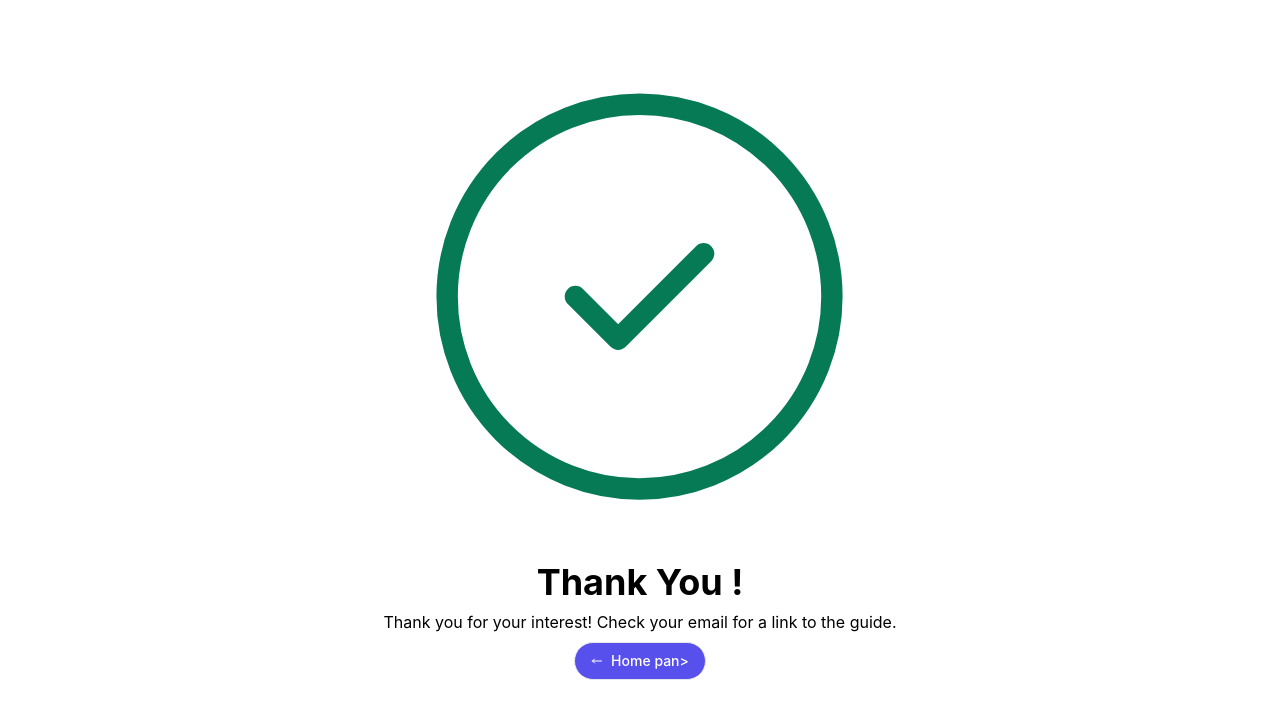
Repository: sodmaq/portfolio
Page: dist/success.html
An editor plug-in stored every save of this project. The page is shown before and after a run of saves, followed by the edit.
The browser window is 1280 px wide. The pictures show the whole page.
Some web libraries are served in a nearby version.

Above is the page before, as saved 2024-02-25 13:27:56.

### dist/success.html
<!DOCTYPE html>
<html lang="en">
  <head>
    <meta charset="UTF-8" />
    <meta name="viewport" content="width=device-width, initial-scale=1.0" />
    <link
      href="https://cdnjs.cloudflare.com/ajax/libs/flowbite/1.8.1/flowbite.min.css"
      rel="stylesheet"
    />
    <title>Document</title>
  </head>
  <body>
    <div class="flex items-center justify-center h-screen">
      <div>
        <div class="flex flex-col items-center space-y-2">
          <svg
            xmlns="http://www.w3.org/2000/svg"
            class="text-green-600 w-28 h-28"
            fill="none"
            viewBox="0 0 24 24"
            stroke="currentColor"
            stroke-width="1"
          >
            <path
              stroke-linecap="round"
              stroke-linejoin="round"
              d="M9 12l2 2 4-4m6 2a9 9 0 11-18 0 9 9 0 0118 0z"
            />
          </svg>
          <h1 class="text-4xl font-bold">Thank You !</h1>
          <p>
            Thank you for your interest! Check your email for a link to the
            guide.
          </p>
          <a
            class="inline-flex items-center px-4 py-2 text-white bg-indigo-600 border border-indigo-600 rounded-full hover:bg-indigo-700 focus:outline-none focus:ring"
          >
            <svg
              xmlns="http://www.w3.org/2000/svg"
              class="w-3 h-3 mr-2"
              fill="none"
              viewBox="0 0 24 24"
              stroke="currentColor"
              stroke-width="2"
            >
              <path
                stroke-linecap="round"
                stroke-linejoin="round"
                d="M7 16l-4-4m0 0l4-4m-4 4h18"
              />
            </svg>
            <span class="text-sm font-medium"> Home  pan>
          </a>
        </div>
      </div>
    </div>
  </body>
</html>

After the next 2 saves:
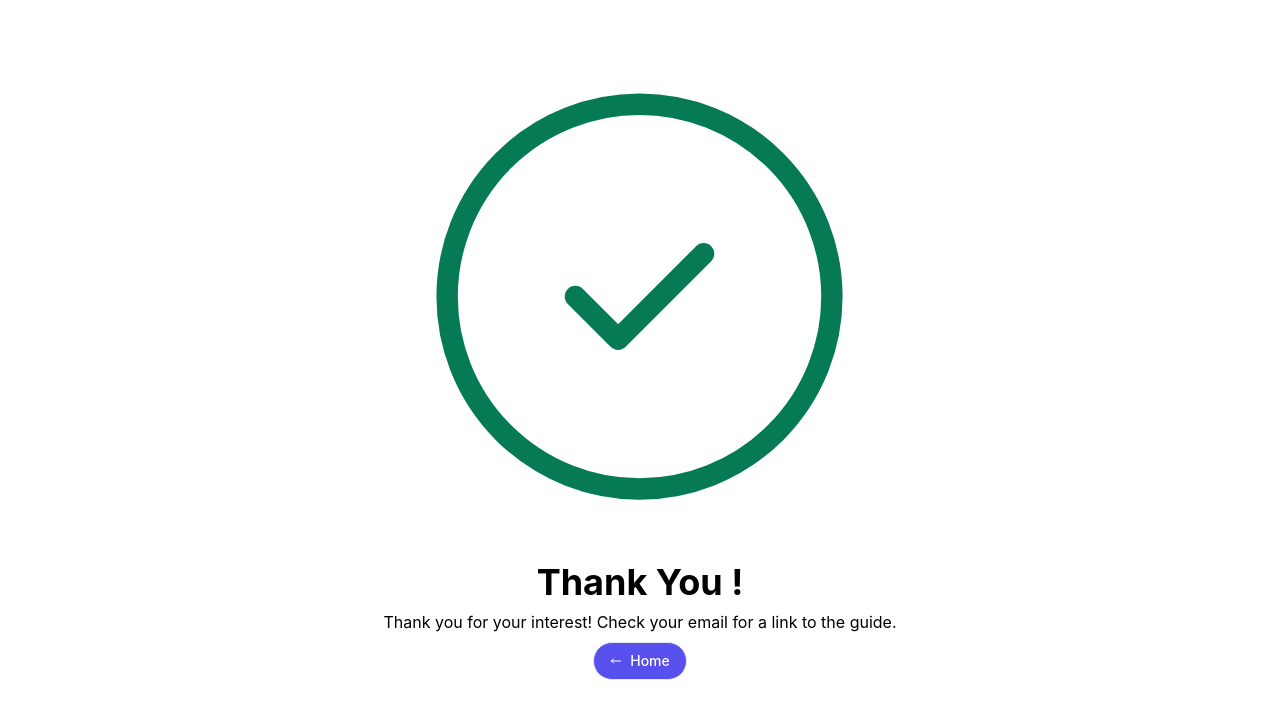
The 2 saves are shown as one change because they came seconds apart.
The last was saved 7 s later.
--- a/dist/success.html
+++ b/dist/success.html
@@ -49,7 +49,7 @@
                 d="M7 16l-4-4m0 0l4-4m-4 4h18"
               />
             </svg>
-            <span class="text-sm font-medium"> Home  pan>
+            <span class="text-sm font-medium"> Home </span>
           </a>
         </div>
       </div>
